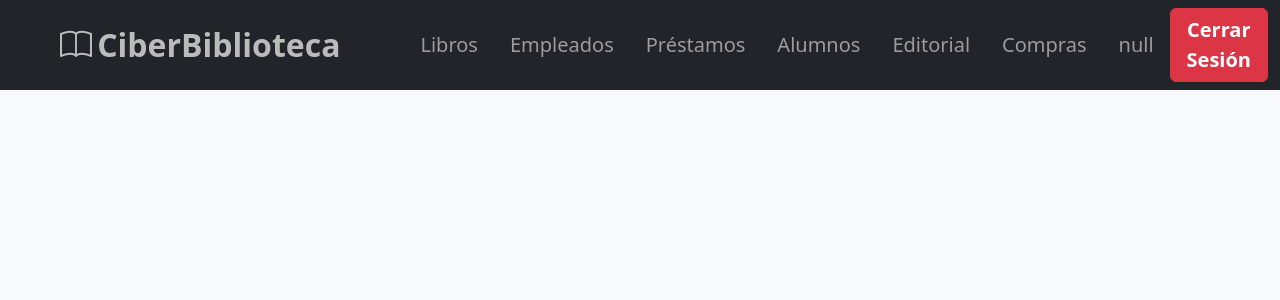
Repository: WilmerOcampo/Biblioteca_Project
Page: http://localhost/Biblioteca_Project/snippet/nav_bar.jsp
The author's editor kept a copy of each file at every save. The page is drawn from the files as they stood at one save, then again after the next save.
The browser window is 1280 px wide. The pictures show the whole page.
The page is served by Tomcat 10.

Above is the page before, as saved 2023-06-29 21:54:28.

After the next save:
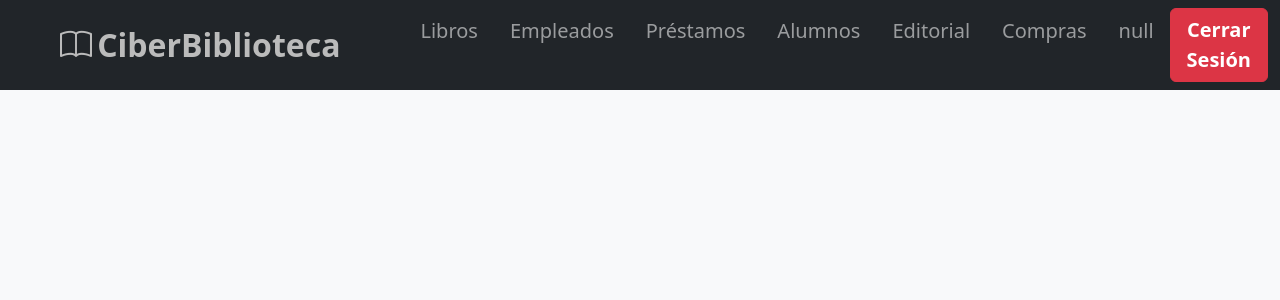
Saved 96 s later.
--- a/Biblioteca_Project/src/main/webapp/snippet/nav_bar.jsp
+++ b/Biblioteca_Project/src/main/webapp/snippet/nav_bar.jsp
@@ -40,14 +40,15 @@
 					<li class="nav-item" style="margin: 0 0.5rem"><a class="nav-link" href="EditorialServlet?listaEditoriales&action=listar">Editorial</a></li>
 					<li class="nav-item" style="margin: 0 0.5rem"><a class="nav-link" href="CompraLibroServlet?listaCompras&action=listar">Compras</a></li>
 					<li class="nav-item" style="margin: 0 0.5rem"><a class="nav-link" href=""><%=session.getAttribute("nombre") %></a></li>
+									<form class="d-flex"  action="LogoutServlet">
+					<button class="btn btn-danger d-none d-md-inline-block" type="submit" style="font-size: 20px; font-weight: 600">Cerrar Sesión</button>
+				</form>
 				</ul>
 
 				<hr class="d-md-none text-white-50">
 
 				<!--boton Informacion -->
-				<form class="d-flex"  action="LogoutServlet">
-					<button class="btn btn-danger d-none d-md-inline-block" type="submit" style="font-size: 20px; font-weight: 600">Cerrar Sesión</button>
-				</form>
+
 			</div>
 		</div>
 	</nav>
